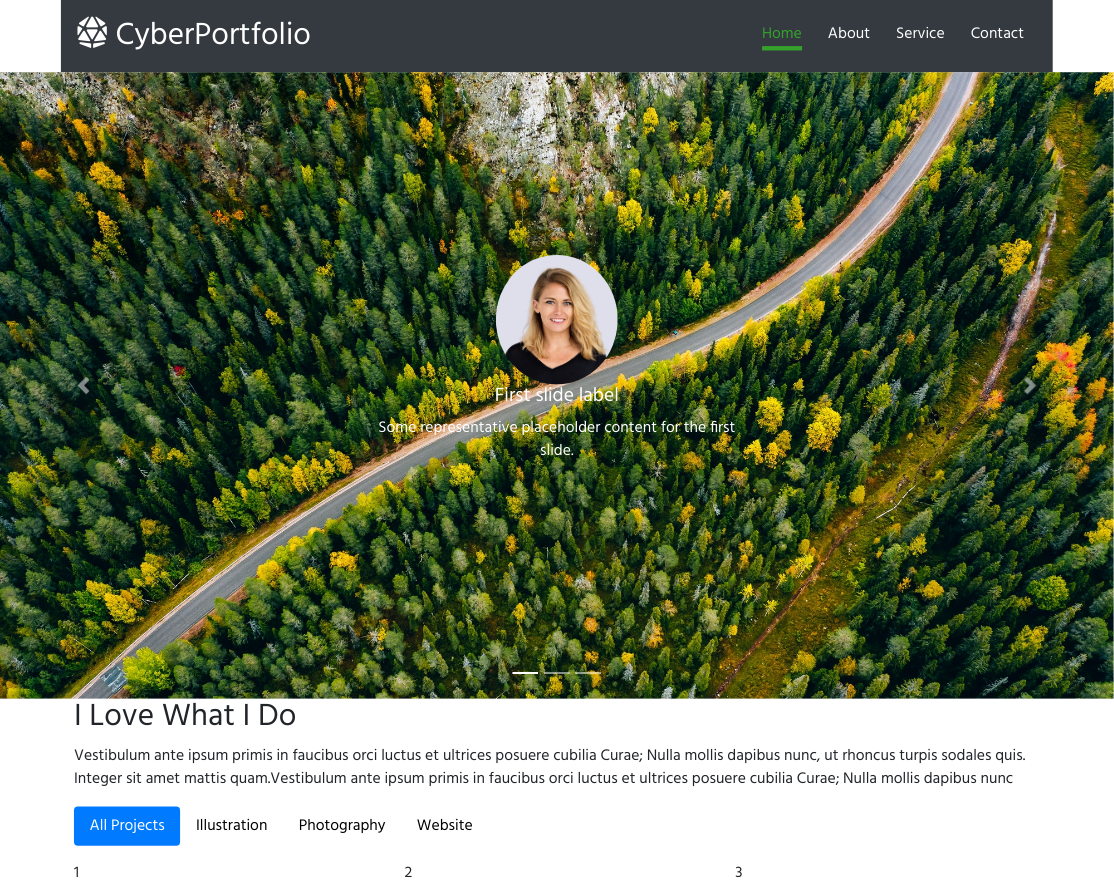
Repository: thanhfrankie/portfolio
Page: index.html
The author's editor kept a copy of each file at every save. The page is drawn from the files as they stood at one save, then again after the next save.
The browser window is 1280 px wide. The pictures show the whole page, at 87% of full size.

Above is the page before, as saved 2023-11-30 09:34:41.

### index.html
<!DOCTYPE html>
<html lang="en">
  <head>
    <meta charset="UTF-8" />
    <meta name="viewport" content="width=device-width, initial-scale=1.0" />
    <title>Portfolio</title>
    <!-- Font Hind-->
    <link rel="preconnect" href="https://fonts.googleapis.com" />
    <link rel="preconnect" href="https://fonts.gstatic.com" crossorigin />
    <link
      href="https://fonts.googleapis.com/css2?family=Hind:wght@300;400;700&display=swap"
      rel="stylesheet"
    />
    <!-- Font AWESOME -->
    <link rel="stylesheet" href="https://cdnjs.cloudflare.com/ajax/libs/font-awesome/6.4.2/css/all.min.css" integrity="sha512-z3gLpd7yknf1YoNbCzqRKc4qyor8gaKU1qmn+CShxbuBusANI9QpRohGBreCFkKxLhei6S9CQXFEbbKuqLg0DA==" crossorigin="anonymous" referrerpolicy="no-referrer" />
    <!-- BS4 CSS -->
    <link rel="stylesheet" href="https://cdn.jsdelivr.net/npm/bootstrap@4.6.2/dist/css/bootstrap.min.css" integrity="sha384-xOolHFLEh07PJGoPkLv1IbcEPTNtaed2xpHsD9ESMhqIYd0nLMwNLD69Npy4HI+N" crossorigin="anonymous">

    <!-- Main CSS -->
    <link rel="stylesheet" href="./css/style.css" />
  </head>
  <body>
<header>
    <nav class="container navbar navbar-expand-lg navbar-dark bg-dark">
        <a class="navbar-brand" href="#">
            <i class="fa-solid fa-dice-d20"></i>
           <span>
            CyberPortfolio
           </span>
        </a>
        <!-- hỗ trợ menu màn hình mobile -->
        <button class="navbar-toggler" type="button" data-toggle="collapse" data-target="#portfolioNav" aria-controls="navbarSupportedContent" aria-expanded="false" aria-label="Toggle navigation">
          <span class="navbar-toggler-icon"></span>
        </button>

        <div class="collapse navbar-collapse" id="portfolioNav">
          <ul class="navbar-nav ml-auto">
            <li class="nav-item active">
              <a class="nav-link" href="#">Home</a>
            </li>
            <li class="nav-item">
              <a class="nav-link" href="#">About</a>
            </li>
            <li class="nav-item">
              <a class="nav-link" href="#">Service</a>
            </li>
            <li class="nav-item">
              <a class="nav-link" href="#">Contact</a>
            </li>
          </ul>
        </div>
      </nav>
</header>
<section class="carouselPort">
    <!-- data-ride="carousel -->
    <!-- .carousel-fade: hiệu ứng fade -->
    <div id="carouselPortMain" class="carousel slide .carousel-fade">
        <ol class="carousel-indicators">
          <li data-target="#carouselPortMain" data-slide-to="0" class="active"></li>
          <li data-target="#carouselPortMain" data-slide-to="1"></li>
          <li data-target="#carouselPortMain" data-slide-to="2"></li>
        </ol>
        <div class="carousel-inner">
          <div class="carousel-item active">
            <img src="./img/finland.jpg" class="d-block w-100" alt="...">
            <div class="carousel-caption d-none d-md-block">
                <img src="./img/01-3.jpg" alt="">
              <h5>First slide label</h5>
              <p>Some representative placeholder content for the first slide.</p>
            </div>
          </div>
          <div class="carousel-item">
            <img src="./img/mountains.jpg" class="d-block w-100" alt="...">
            <div class="carousel-caption d-none d-md-block">
                <img src="./img/02-3.jpg" alt="">
              <h5>Second slide label</h5>
              <p>Some representative placeholder content for the second slide.</p>
            </div>
          </div>
          <div class="carousel-item">
            <img src="./img/mountains-1.jpg" class="d-block w-100" alt="...">
            <div class="carousel-caption d-none d-md-block">
                <img src="./img/03-3.jpg" alt="">
              <h5>Third slide label</h5>
              <p>Some representative placeholder content for the third slide.</p>
            </div>
          </div>
        </div>
        <button class="carousel-control-prev" type="button" data-target="#carouselPortMain" data-slide="prev">
          <span class="carousel-control-prev-icon" aria-hidden="true"></span>
          <span class="sr-only">Previous</span>
        </button>
        <button class="carousel-control-next" type="button" data-target="#carouselPortMain" data-slide="next">
          <span class="carousel-control-next-icon" aria-hidden="true"></span>
          <span class="sr-only">Next</span>
        </button>
      </div>
</section>



<section class="project">
      <div class="container">
        <div class="projects__title">
          <h2>I Love What I Do</h2>
          <p>Vestibulum ante ipsum primis in faucibus orci luctus et ultrices posuere cubilia Curae; Nulla mollis dapibus nunc, ut rhoncus turpis sodales quis. Integer sit amet mattis quam.Vestibulum ante ipsum primis in faucibus orci luctus et ultrices posuere cubilia Curae; Nulla mollis dapibus nunc</p>
        </div>
        <div class="projects__content">
          <ul class="nav nav-pills mb-3" id="pills-tab" role="tablist">
            <li class="nav-item" role="presentation">
              <button class="nav-link active" id="pills-home-tab" data-toggle="pill" data-target="#all" type="button" role="tab" aria-controls="pills-home" aria-selected="true">All Projects</button>
            </li>
            <li class="nav-item" role="presentation">
              <button class="nav-link" id="pills-profile-tab" data-toggle="pill" data-target="#ilu" type="button" role="tab" aria-controls="pills-profile" aria-selected="false">Illustration</button>
            </li>
            <li class="nav-item" role="presentation">
              <button class="nav-link" id="pills-contact-tab" data-toggle="pill" data-target="#photo" type="button" role="tab" aria-controls="pills-contact" aria-selected="false">Photography</button>
            </li>
            <li class="nav-item" role="presentation">
              <button class="nav-link" id="pills-contact-tab" data-toggle="pill" data-target="#web" type="button" role="tab" aria-controls="pills-contact" aria-selected="false">Website</button>
            </li>
          </ul>
          <div class="tab-content" id="pills-tabContent">
            <div class="tab-pane fade show active" id="all" role="tabpanel" aria-labelledby="pills-home-tab">
             <!-- grid system
              12 =100%
              4= 12 / 3 => 100% / 3 => 33,33%
            -->
             <div class="row">
              <div class="col-4">
                1
              </div>
              <div class="col-4">2</div>
              <div class="col-4">3</div>
             </div>
            </div>
            <div class="tab-pane fade" id="ilu" role="tabpanel" aria-labelledby="pills-profile-tab">Illustration</div>
            <div class="tab-pane fade" id="photo" role="tabpanel" aria-labelledby="pills-contact-tab">Photography</div>
            <div class="tab-pane fade" id="web" role="tabpanel" aria-labelledby="pills-contact-tab">Website</div>
          </div>
          </div>

        </div>
      </div>
</section>
<section class="services"></section>
<section class="awards"></section>
<footer></footer>


<!-- JQUERY hỗ trợ -->
    <script src="https://cdn.jsdelivr.net/npm/jquery@3.5.1/dist/jquery.slim.min.js" integrity="sha384-DfXdz2htPH0lsSSs5nCTpuj/zy4C+OGpamoFVy38MVBnE+IbbVYUew+OrCXaRkfj" crossorigin="anonymous"></script>
    <!-- BS4 JS -->
<script src="https://cdn.jsdelivr.net/npm/bootstrap@4.6.2/dist/js/bootstrap.bundle.min.js" integrity="sha384-Fy6S3B9q64WdZWQUiU+q4/2Lc9npb8tCaSX9FK7E8HnRr0Jz8D6OP9dO5Vg3Q9ct" crossorigin="anonymous"></script>

  </body>
</html>

### css/style.css
/* Global */
*{
    margin: 0;
    padding: 0;
    box-sizing: border-box;
}
html, body {
    font-family: 'Hind', sans-serif;
    /*? rem: dựa vào font-size của thẻ html => hỗ trợ cho bảo trì trang web
    font-size, spacing(padding, margin)
    nếu ko khai báo thì font-size mặc định 1rem = 16px
    1rem = 18px
    */
    font-size: 18px;
}
/* Header */
header .navbar-brand {
    /* 1rem = 18px => 2rem = 36px*/
    font-size: 2rem;
}
#portfolioNav .nav-link {
    font-size: 1rem;
    padding: 0 0.833rem;
    /*! trước hover */
    color: white;
    transition: all .5s;
}
#portfolioNav .nav-link::after {
    content: "";
    display: block;
    /* trước hover */
    width: 0;
    height: 5px;

    background: #35a22c;
    transition: all .5s;
}
/*! sau hover */
#portfolioNav .nav-item:hover .nav-link::after {
    width: 100%;
}
#portfolioNav .nav-item:hover .nav-link {
    color: #35a22c;

}
/* Thẻ li có class active thì after của nó luôn xuất hiện */
/* #portfolioNav  li.active .nav-link::after{
    width: 100%;
} */
#portfolioNav  .active .nav-link::after{
    width: 100%;
}
#portfolioNav  .active .nav-link {
    color: #35a22c;

}
/* Carousel */
/* Gọi các thẻ img là con trực tiếp (cấp 1) của carousel-item */
#carouselPortMain .carousel-item >img {
    /* thường dùng ở Main carousel */
    height: 100vh;
    object-fit: cover;
}
#carouselPortMain .carousel-caption img {
    /* hình có dạng hình vuông thì chỉ cần xét width */
    width: 140px;
    border-radius: 50%;
}
/* chỉnh đường gạch indicators thì chuyển chữ nhật => hình vuông => tròn */

/*! căn giữa với position absolute cho mọi màn hình */
#carouselPortMain .carousel-caption {
    top: 50%;
    left: 50%;
    transform: translate(-50%, -50%);
}
/* PROJECTS */
.project {
    padding: ;
}

After the next save:
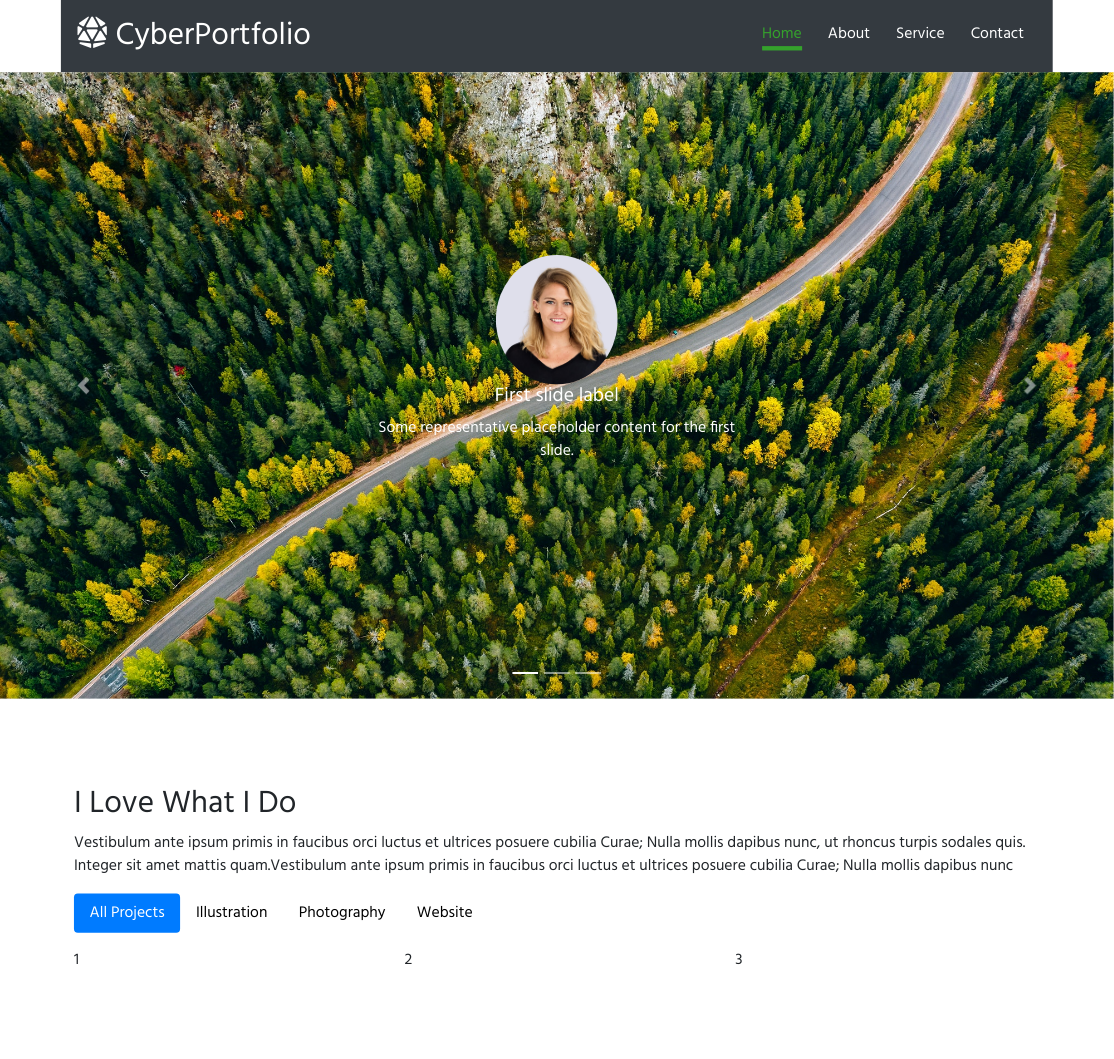
Saved 6 s later.
--- a/css/style.css
+++ b/css/style.css
@@ -76,5 +76,5 @@
 }
 /* PROJECTS */
 .project {
-    padding: ;
+    padding: 100px 0;
 }

After the save that followed:
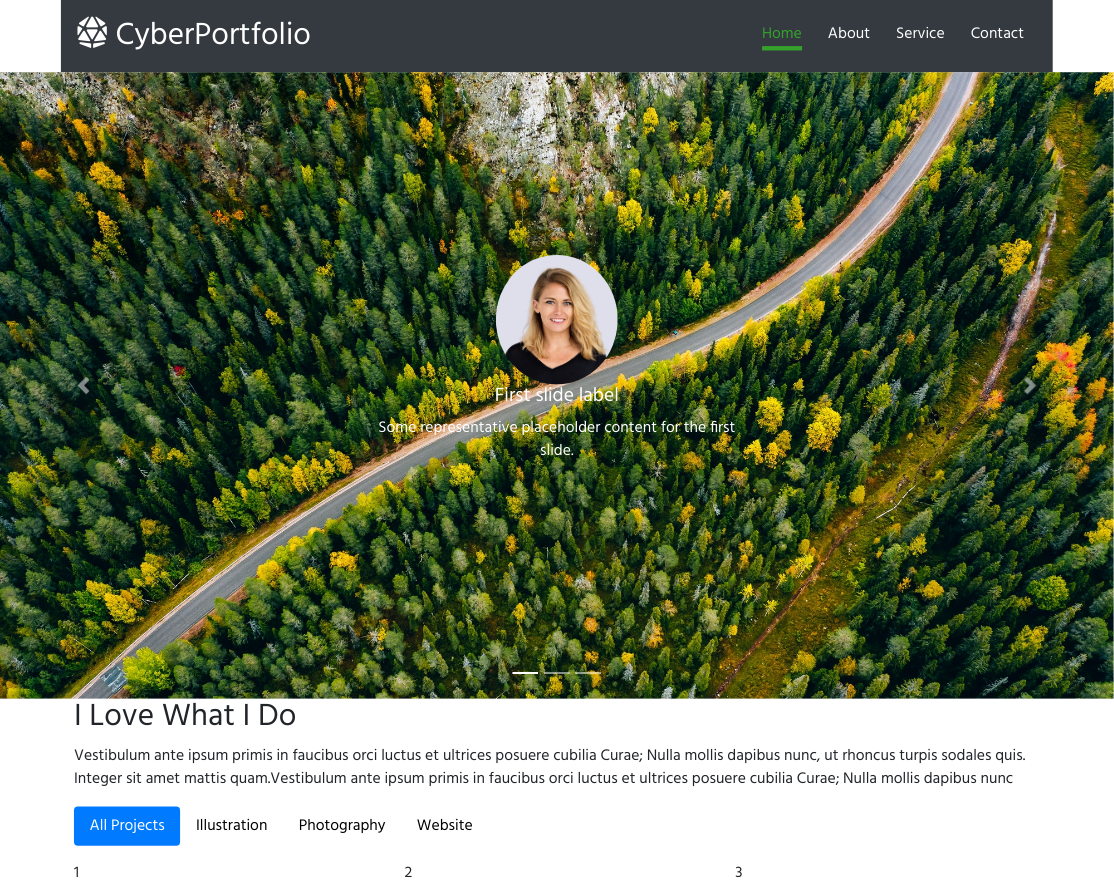
Saved 5 s later.
--- a/css/style.css
+++ b/css/style.css
@@ -75,6 +75,6 @@
     transform: translate(-50%, -50%);
 }
 /* PROJECTS */
-.project {
+.projects {
     padding: 100px 0;
 }
